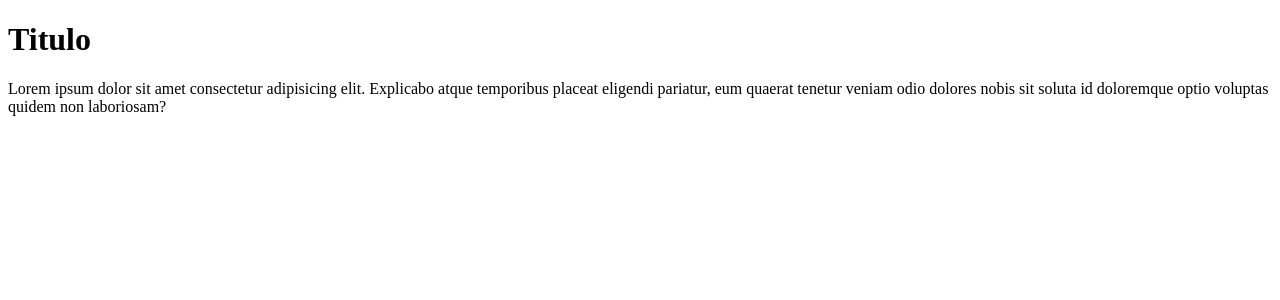
Repository: Iamjordana/html-css
Page: Html Css/Exercicios/ex018/fonte02.html
These files come from the project's save history. The page is drawn as it stood at one moment and after a run of saves; the edit follows.
The browser window is 1280 px wide. The pictures show the whole page.

Above is the page before, as saved 2025-02-18 09:29:39.

### Html Css/Exercicios/ex018/fonte02.html
<!DOCTYPE html>
<html lang="pt-br">
<head>
    <meta charset="UTF-8">
    <meta name="viewport" content="width=device-width, initial-scale=1.0">
    <title>Fontes Externas </title>
</head>
    <style>
        body{
            font-family: ;

        }
    </style>

<body>
    <h1>Titulo</h1>
    <p>Lorem ipsum dolor sit amet consectetur adipisicing elit. Explicabo atque temporibus placeat eligendi pariatur, eum quaerat tenetur veniam odio dolores nobis sit soluta id doloremque optio voluptas quidem non laboriosam?</p>
</body>
</html>

After the next 2 saves:
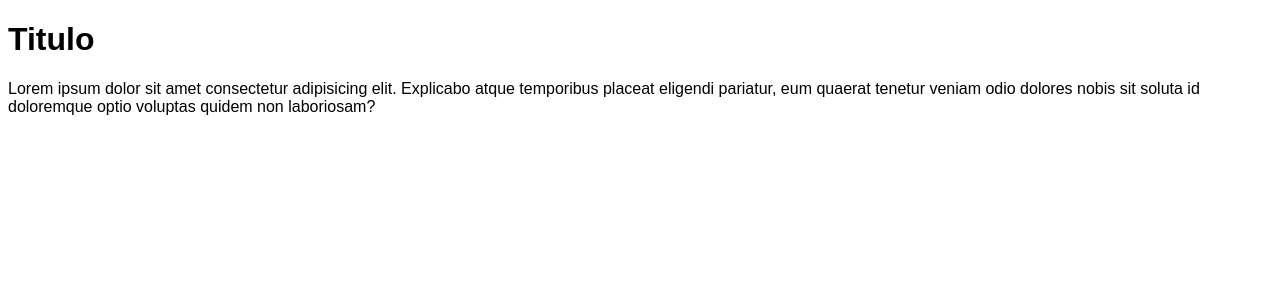
The 2 saves are shown as one change because they came seconds apart.
The last was saved 6 s later.
--- a/Html Css/Exercicios/ex018/fonte02.html
+++ b/Html Css/Exercicios/ex018/fonte02.html
@@ -7,7 +7,8 @@
 </head>
     <style>
         body{
-            font-family: ;
+            font-family: Arial, Helvetica, sans-serif;
+
 
         }
     </style>
